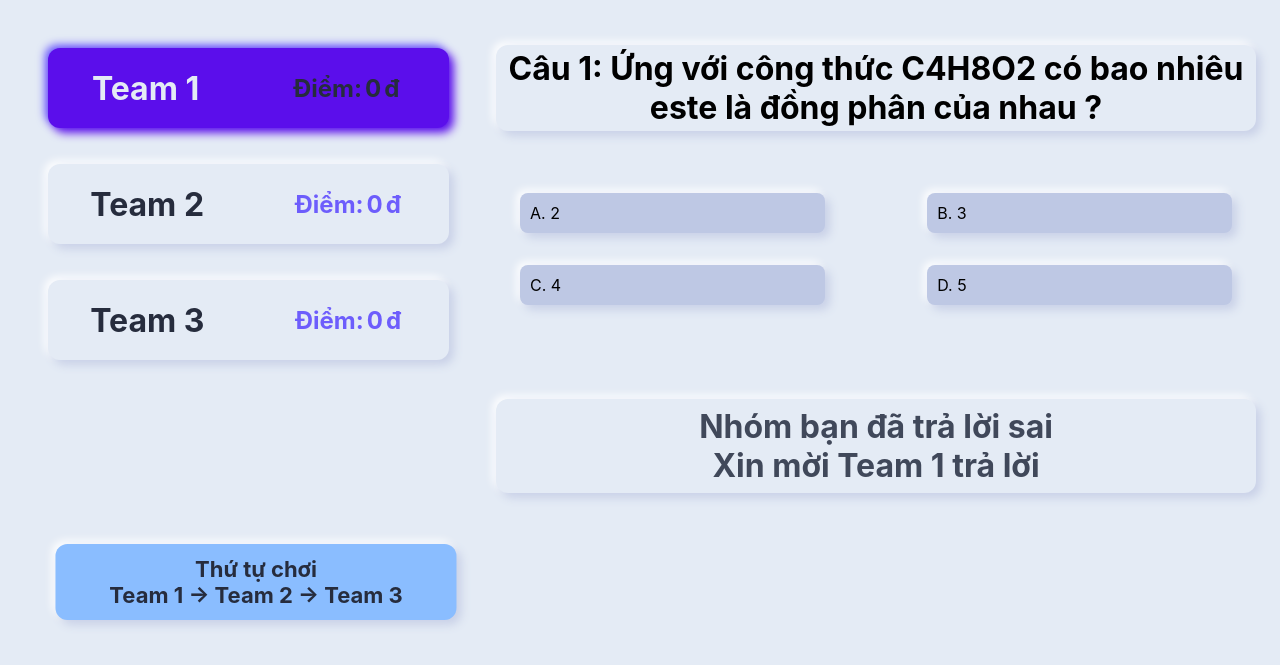
Repository: tinh2044/quzzi_game
Page: /
An editor plug-in stored every save of this project. The page is shown before and after the next save, followed by the edit.
The browser window is 1280 px wide. The pictures show the whole page.
The project was rebuilt for these pictures with package versions that can differ from the ones it lists, and the page was loaded fresh each time.

Above is the page before, as saved 2022-12-15 08:39:08.

### src/index.js
import React from 'react';
import ReactDOM from 'react-dom/client';
import './index.css';
import App from './App';
import reportWebVitals from './reportWebVitals';

const root = ReactDOM.createRoot(document.getElementById('root'));
root.render(
  // <React.StrictMode>
  <App />,
  {/* </React.StrictMode> */ }
);

// If you want to start measuring performance in your app, pass a function
// to log results (for example: reportWebVitals(console.log))
// or send to an analytics endpoint. Learn more: https://bit.ly/CRA-vitals
reportWebVitals();

### src/App.css
:root {
    --primary-light: #8abdff;
    --primary: #6d5dfc;
    --primary-dark: #5b0eeb;
    --white: #ffffff;
    --greyLight-1: #e4ebf5;
    --greyLight-2: #c8d0e7;
    --greyLight-3: #bec8e4;
    --greyDark: #9baacf;
    --cl-text: #262c3d;
}
#root {
    height: 100%;
}

body {
    overflow: hidden;
    height: 100vh;
    user-select: none;
}
.App {
    height: 100%;
}
.home {
    position: relative;
    width: 100%;
    height: 100%;
    background: var(--greyLight-1);
    display: flex;
    box-shadow: 0.8rem 0.8rem 1.4rem var(--greyLight-2), -0.2rem -0.2rem 1.8rem var(--white);
}

.team {
    width: 35%;
    height: 100%;
    position: relative;
    padding: 0 12px;
    animation: FadeToLeft 0.8s linear;
}

.team_item {
    position: absolute;
    top: 12px;
    height: 80px;
    width: 85%;
    display: flex;
    align-items: center;
    justify-content: space-around;
    margin: 36px;
    transition: all 0.8s linear;
    border-radius: 12px;
    box-shadow: 0.3rem 0.3rem 0.6rem var(--greyLight-2), -0.2rem -0.2rem 0.5rem var(--white);
    background: #ffffff00;
    color: var(--cl-text);
}
.team_item:nth-child(2) {
    animation-duration: 1.5s;
}
.team_item:nth-child(3) {
    animation-duration: 2.5s;
}
.point {
    display: flex;
    align-items: center;
    color: var(--primary);
    font-weight: bold;
    font-size: 24px;
    margin: 0 3px;
}
.number,
.team_item p {
    margin: 0 3px;
}
.order-team {
    position: absolute;
    left: 50%;
    transform: translateX(-45%);
    bottom: 100px;
    width: 85%;
    padding: 12px 0;
    border-radius: 12px;
    box-shadow: 0.3rem 0.3rem 0.6rem var(--greyLight-2), -0.2rem -0.2rem 0.5rem var(--white);
    background: var(--primary-light);
    font-size: 22px;
    font-weight: bold;
    color: var(--cl-text);
    display: flex;
    flex-direction: column;
    align-items: center;
    justify-content: center;
}
.order-team p {
    margin: 0;
}
.active {
    background: var(--primary-dark);
    color: var(--greyLight-1);
    box-shadow: 0.3rem 0.3rem 0.6rem var(--primary-dark), -0.2rem -0.2rem 0.5rem var(--primary);
}
.active .point,
.active .number {
    color: var(--cl-text);
}
.question {
    width: 50%;
    flex: 1;
    padding: 24px;
}
.question h1 {
    box-shadow: 0.3rem 0.3rem 0.6rem var(--greyLight-2), -0.2rem -0.2rem 0.5rem var(--white);
    border-radius: 12px;
    padding: 4px;
    text-align: center;
    animation: FadeToTop 3s cubic-bezier(0.075, 0.82, 0.165, 1);
}

.answer {
    display: flex;
    flex-wrap: wrap;
    justify-content: space-between;
    padding: 24px;
}
.answer-item {
    width: 40%;
    background: var(--greyLight-3);
    padding: 10px;
    border-radius: 8px;
    transition: background 0.3s linear, opacity 1s ease-out, transform 0.3s linear;
    cursor: pointer;

    box-shadow: 0.3rem 0.3rem 0.6rem var(--greyLight-2), -0.2rem -0.2rem 0.5rem var(--white);
}
.answer-item:hover {
    background: var(--primary-light);
    transform: scale(1.1);
}

.A,
.C {
    animation: FadeToLeft 1s cubic-bezier(0.25, 0.46, 0.45, 0.94);
}

.B,
.D {
    animation: FadeToRight 1s cubic-bezier(0.25, 0.46, 0.45, 0.94);
}
.C,
.D {
    animation-duration: 1.8s;
}

.incorrect {
    background-color: #f44336 !important;
    opacity: 0;
    transition: background 0.3s linear, opacity 1s ease-out, transform 0.8s linear;
    transform: scale(0) !important;
}
.correct {
    background-color: #4caf50 !important;
    transform: scale(1.15);
}
.correct:hover {
    transform: scale(1.15);
}

.note {
    min-height: 36px;
    margin-top: 54px;
    animation: FadeToBottom 4s cubic-bezier(0.075, 0.82, 0.165, 1);
    background: var(--greyLight-1);
    box-shadow: 0.3rem 0.3rem 0.6rem var(--greyLight-2), -0.2rem -0.2rem 0.5rem var(--white);
    padding: 8px;
    border-radius: 12px;
    position: relative;
}

.note p {
    margin: 0;
    font-size: 32px;
    font-weight: bold;
    color: #40485a;
    text-align: center;
}

.overlay {
    width: 100%;
    height: 100%;
    display: flex;
    align-items: center;
    justify-content: center;
}

.sort-team {
    width: 50%;
    height: 40%;
    display: flex;
    flex-direction: column;
    align-items: center;
    background-color: var(--greyLight-1);
    border-radius: 1rem;
    box-shadow: 0.3rem 0.3rem 0.6rem var(--greyLight-2), -0.2rem -0.2rem 0.5rem var(--greyLight-2);
    padding: 12px;
    padding-top: 36px;
    animation: Scale 2s cubic-bezier(0.19, 1, 0.22, 1);
}
.sort-team label {
    width: 80%;
    box-shadow: 0.3rem 0.3rem 0.6rem var(--greyLight-2), -0.2rem -0.2rem 0.5rem var(--greyLight-2);
    padding: 8px;
    font-size: 24px;
    font-weight: bold;
    color: var(--cl-text);
    border-radius: 8px;
    text-align: center;
    cursor: pointer;
}

.sort-team #input {
    height: 42px;
    width: 85%;
    margin: 24px;
    border: none;
    border-radius: 16px;
    font-size: 1.3rem;
    padding-left: 12px;
    box-shadow: inset 0.2rem 0.2rem 0.5rem var(--greyLight-2), inset -0.2rem -0.2rem 0.5rem var(--white);
    color: var(--greyDark);
}
input:focus {
    border: none;
    outline: none;
}

.button-submit {
    width: 35%;
    display: flex;
    align-items: center;
    justify-content: center;
    border-radius: 1rem;
    font-size: 1.5rem;
    padding: 8px 4px;
    color: var(--cl-text);
    font-weight: bold;
    box-shadow: 0.3rem 0.3rem 0.6rem var(--greyLight-2), -0.2rem -0.2rem 0.5rem var(--greyLight-2);
    transition: all 0.3s cubic-bezier(0.47, 0, 0.745, 0.715);
    cursor: pointer;
}
.button-submit:hover {
    transform: scale(1.2);
    box-shadow: 0.3rem 0.3rem 0.6rem var(--greyDark), -0.2rem -0.2rem 0.5rem var(--greyDark);
}
@keyframes FadeToTop {
    0% {
        transform: translateY(-42px);
        opacity: 0;
    }
    100% {
        transform: translateY(0px);
        opacity: 1;
    }
}
@keyframes FadeToBottom {
    0% {
        transform: translateY(100px);
        opacity: 0;
    }
    100% {
        transform: translateY(0px);
        opacity: 1;
    }
}
@keyframes FadeToLeft {
    0% {
        transform: translateX(-100px);
        opacity: 0;
    }
    100% {
        transform: translateY(0px);
        opacity: 1;
    }
}
@keyframes FadeToRight {
    0% {
        transform: translateX(100px);
        opacity: 0;
    }
    100% {
        transform: translateY(0px);
        opacity: 1;
    }
}
@keyframes Scale {
    0% {
        transform: scale(0.3);
        opacity: 0;
    }
    100% {
        transform: scale(1);
        opacity: 1;
    }
}

### src/components/Home.jsx
import React, { useCallback, useLayoutEffect, useState } from 'react'

import Question from './Question'
import Team from './Team'
import SortTeam from './SortTeam'

import listQuestion from '../data'
import { listTeam } from '../data'


import "../App.css"
function Home() {
  const [newListTeam, setNewListTeam] = useState(listTeam)
  const [activeTeam, setActiveTeam] = useState(1);
  const [crrQuestion, setCrrQuestion] = useState(listQuestion[0])
  const [correct, setCorrect] = useState(false)
  const [showTeam, setShowTeam] = useState(true)
  // const [showWheel, setShowWheel] = useState(false)
  const handleNextQuestion = useCallback((e) => {

    if (e.keyCode === 13 && correct) {
      setActiveTeam((prev) => prev < 3 ? prev + 1 : 1)
      setCorrect(false)
      setCrrQuestion((prev) => {
        const crrIndex = listQuestion.indexOf(prev)
        if (crrIndex < listQuestion.length - 1) {
          return listQuestion[crrIndex + 1]
        }
        else return listQuestion[0]
      })
    }
  }, [correct])


  useLayoutEffect(() => {
    window.addEventListener("keyup", handleNextQuestion)

  }, [handleNextQuestion])

  return (
    <div className="home">
      {
        showTeam ? <Team listTeam={newListTeam} activeTeam={activeTeam} correct={correct} />
          : <SortTeam setShowTeam={setShowTeam} setTeam={setNewListTeam} team={newListTeam} />
      }

      <Question
        question={crrQuestion}
        setQuestion={setCrrQuestion}
        lengthListQuestion={listQuestion.length}
        setActiveTeam={setActiveTeam}
        setNewListTeam={setNewListTeam}
        activeTeam={activeTeam}
        setCorrect={setCorrect}
        correct={correct}
        listTeam={newListTeam}
        showTeam={showTeam}
      />



    </div>
  )
}

export default Home

### src/components/Question.jsx
import React, { useEffect, useLayoutEffect, useState } from 'react'
import listQuestion, { listPoints } from '../data'
import '../App.css'
import Notification from './Notification'
import AnswerItem from './AnswerItem'
function Question({ question, setQuestion, setActiveTeam, setNewListTeam, activeTeam, setCorrect, correct, listTeam, showTeam }) {
  const [checkAnswer, setCheckAnswer] = useState([NaN, NaN, NaN, NaN])
  const [points, setPoints] = useState(listPoints[Math.floor(Math.random() * listPoints.length)])
  const [showNote, setShowNote] = useState(false)
  const [showQuestion, setShowQuestion] = useState(false)
  const handleAnswer = (answer, index) => {
    if (question.correct.includes(answer)) {
      setCorrect(true)

      setShowNote(false)
      setTimeout(() => {

        setShowNote(true)
      }, 1);
      setNewListTeam((prev) => {
        let crrTeam = prev[activeTeam - 1];
        crrTeam = {
          ...crrTeam,
          points: crrTeam.points + points
        }
        // console.log(crr)
        const newListTeam = prev.map(item => item.id !== crrTeam.id ? item : crrTeam);
        const listPointOfTeam = newListTeam.map(item => {
          return {
            point: item.points,
            id: item.id
          }
        }).sort((a, b) => b.point - a.point);
        const listRankOfTeam = listPointOfTeam.map(item => item.id)
        return newListTeam.map(team => {
          return {
            ...team,
            rank: listRankOfTeam.indexOf(team.id) + 1


          }
        })
      })
      setCheckAnswer((prev) => prev.map((item, indexPrev) => indexPrev === index ? true : false))


    } else {

      setCorrect(false)

      setShowNote(false)

      setTimeout(() => {

        setShowNote(true)
      }, 1);

      let check = checkAnswer
      check[index] = false


      setActiveTeam((prev) => prev < 3 ? prev + 1 : 1)


      setCheckAnswer((prev) => prev.map((item, indexPrev) => indexPrev === index ? false : item))
    }

  }
  useEffect(() => {
    if (checkAnswer.filter(item => isNaN(item)).length === 1) {
      setTimeout(() => {
        setQuestion((prev) => {
          const crrIndex = listQuestion.indexOf(prev)
          if (crrIndex < listQuestion.length - 1) {
            return listQuestion[crrIndex + 1]
          }
          else return listQuestion[0]
        })
      }, 1000)

    }

  }, [checkAnswer, setQuestion])

  useLayoutEffect(() => {

    setCorrect(false)

    setTimeout(() => {

      setShowNote(true)
      setShowQuestion(true)
    }, 1);
    setCheckAnswer([NaN, NaN, NaN, NaN])
    setPoints(listPoints[Math.floor(Math.random() * listPoints.length)])
    return () => {
      setShowNote(false)
      setShowQuestion(false)

    }
  }, [question, setCorrect])
  return (
    showTeam && (
      <div className="question">
        {showQuestion && (
          <h1 style={{

          }}>{`Câu ${question.id}: ${question.nameQuestion}`}</h1>
        )}
        <div className='answer'>
          {Object.keys(question.answer).map((data, index) => (
            <AnswerItem key={data} data={data} question={question} handleAnswer={handleAnswer} index={index} checkAnswer={checkAnswer} />
          ))}
        </div>


        {
          showNote === true && <Notification activeTeam={activeTeam} correct={correct} listTeam={listTeam} points={points} showTeam={showTeam} />
        }

      </div>)

  )
}

export default Question

### src/components/Team.jsx
import React from 'react'


import "../App.css"
import TeamItem from './TeamItem'

function Team({ listTeam, activeTeam, correct }) {
  const orderTeam = listTeam.map(item => item.name).join(" -> ")

  return (
    <div className='team'>
      {listTeam.map(item => (
        <TeamItem key={item.id} team={item} activeTeam={activeTeam} correct={correct} />
      ))}
      <div className='order-team'>
        <p >Thứ tự chơi</p>
        {orderTeam}
      </div>
    </div>
  )
}

export default Team

### src/data/index.js
const listQuestion = [
    {
        id: 1,
        nameQuestion: 'Ứng với công thức C4H8O2 có bao nhiêu este là đồng phân của nhau ?',
        answer: {
            A: "2",
            B: "3",
            C: "4",
            D: "5"
        },
        correct: "C",
    },
    {
        id: 2,
        nameQuestion: 'Este có mùi dứa là?',
        answer: {
            A: "isoamyl axetat",
            B: "etyl butirat",
            C: "etyl axetat",
            D: "geranyl axctat"
        },
        correct: "B",
    },
    {
        id: 3,
        nameQuestion: 'Este nào sau đây khi phản ứng với dung dịch NaOH dư, đun nóng không tạo ra hai muối?',
        answer: {
            A: "C6H5COOC6H5 (phenyl benzoat)",
            B: "CH3COO-[CH2]2-OOCCH2CH3",
            C: "CH3OOC-COOCH",
            D: "CH3COOC6H5 (phenyl axetat)"
        },
        correct: "C",
    },
    {
        id: 4,
        nameQuestion: 'Đun nóng este HCOOCH3 với một lượng vừa đủ dung dịch NaOH, sản phẩm thu được là?',
        answer: {
            A: "CH3COONa và C2H5OH",
            B: "HCOONa và CH3OH",
            C: "HCOONa và C2H5OH",
            D: "CH3COONa và CH3OH"
        },
        correct: "B",
    },
    {
        id: 5,
        nameQuestion: 'Este X chứa vòng benzen có công thức phân từ là C8H8C2. số công thức cấu tạo của X là ',
        answer: {
            A: "3",
            B: "4",
            C: "5",
            D: "6"
        },
        correct: "D",
    },
    {
        id: 6,
        nameQuestion: 'Xà phòng hoá chất nào sau đây thu được glixerol?',
        answer: {
            A: "tristearin",
            B: "metyl axetat",
            C: "metyl fomat",
            D: "benzyl axetat"
        },
        correct: "A",
    },
    {
        id: 7,
        nameQuestion: 'Chất nào sau đây có phân tử khối lớn nhất ?',
        answer: {
            A: "triolein ",
            B: "tripanmitin ",
            C: " tristearin",
            D: "trilinolein"
        },
        correct: "B",
    },
    {
        id: 8,
        nameQuestion: 'Nước ta nằm ở vị trí: ?',
        answer: {
            A: "rìa phía Đông của bán đảo Đông Dương ",
            B: "rìa phía Tây của bán đảo Đông Dương ",
            C: "trung tâm châu Á",
            D: "phía đông Đông Nam Á"
        },
        correct: "A",
    }, {
        id: 9,
        nameQuestion: 'Nằm ở rìa phía Đông của bán đảo Đông Dương là nước: ?',
        answer: {
            A: "Lào ",
            B: "Campuchia ",
            C: "Việt Nam",
            D: "Mi-an-ma"
        },
        correct: "C",
    }, {
        id: 10,
        nameQuestion: 'Điểm cực Bắc của nước ta là xã Lũng Cú thuộc tỉnh: ?',
        answer: {
            A: "Cao Bằng ",
            B: " Hà Giang ",
            C: "Yên Bái",
            D: "Lạng Sơn"
        },
        correct: "B",
    }, {
        id: 11,
        nameQuestion: 'Điểm cực Đông của nước ta là xã Vạn Thạnh thuộc tỉnh: ?',
        answer: {
            A: " Ninh Thuận ",
            B: " Khánh Hòa ",
            C: " Đà Nẵng",
            D: "Phú Yên"
        },
        correct: "B",
    }, {
        id: 12,
        nameQuestion: 'Ở tỉnh Khánh Hòa có một đặc điểm tự nhiên rất đặc biệt là: ?',
        answer: {
            A: "Là tỉnh duy nhất có nhiều đảo ",
            B: "Là tỉnh có điểm cực Đông nước ta ",
            C: "Là tỉnh có nhiều hải sản nhất",
            D: "Là tỉnh có nhiều than nhất"
        },
        correct: "B",
    },
    {
        id: 13,
        nameQuestion: 'Đặc điểm nào sau đây không đúng với lãnh thổ nước ta ?',
        answer: {
            A: "Nằm hoàn toàn trong vùng nhiệt đới nửa cầu Bắc ",
            B: "Nằm trọn trong múi giờ số 8 ",
            C: "Nằm trong vùng có khí hậu nhiệt đới ẩm gió mùa",
            D: "Nằm trong vùng chịu ảnh hưởng của gió Mậu dịch "
        },
        correct: "B",
    },

]

export const listTeam = [{
    name: "Team 1",
    points: 0,
    rank: 1,
    id: 1,
}, {
    name: "Team 2",
    points: 0,
    rank: 2,
    id: 2,
}, {
    name: "Team 3",
    points: 0,
    rank: 3,
    id: 3,
}]
export const listPoints = [10, 5, 20, -5, 15, 10, 5, 20, -5, 15, 10, 5, 20, -5, 15, 10, 5, 20, -5, 15, 10, 5, 20, -5, 15, 10, 5, 20, -5, 15, 10, 5, 20, -5, 15, 10, 5, 20, -5, 15]


export default listQuestion

### src/components/Notification.jsx
import React from 'react'

import '../App.css'

function Notification({ correct, points, activeTeam, listTeam, showTeam }) {
  return (

    showTeam && (
      <div className='note' >
        <p>
          {
            correct === true ? `Với câu này nhóm các bạn được ${points < 0 ? "trừ" : "cộng"} ${Math.abs(points)} điểm`
              : correct === false ? (
                <span >
                  Nhóm bạn đã trả lời sai
                  <p>{`Xin mời ${listTeam[activeTeam - 1].name} trả lời`}</p>
                </span>
              )
                : `Đến lượt của ${activeTeam <= 3 ? listTeam[activeTeam - 1].name : listTeam[0].name}`
          }
        </p>
      </div>

    )
  )


}

export default Notification

### src/components/AnswerItem.jsx
import React, { useEffect, useState } from 'react'

function AnswerItem({ data, question, handleAnswer, index, checkAnswer }) {
    const [showAnswer, setShowAnswer] = useState(false)

    useEffect(() => {
        setShowAnswer(false)
        setTimeout(() => {
            setShowAnswer(true)

        }, 1);
    }, [question])
    return (
        showAnswer &&
        (<p
            onClick={() => handleAnswer(data, index)}
            className={`answer-item ${showAnswer ? data : ""} ${checkAnswer[index] === false ? "incorrect" : checkAnswer[index] === true ? "correct" : ""}`}>
            {`${data}. ${question.answer[data]}`}
        </p>)
    )
}

export default AnswerItem

### src/components/TeamItem.jsx
import React, { useEffect, useState } from 'react'
import CountUp from "react-countup"

function TeamItem({ team, activeTeam, correct }) {
    const [showTeam, setShowTeam] = useState(false)
    const [crrPoint, setCrrPoint] = useState(0)
    useEffect(() => {
        setTimeout(() => {
            setShowTeam(true)
        }, 300 * team.id);
    }, [team])
    return (
        <div key={team.id} className={`team_item ${team.id === activeTeam ? "active" : ""}`} style={{ transform: `translate(${!showTeam ? -500 : 0}px,${116 * (team.rank - 1)}px)` }}>
            <h1>{team.name}</h1>
            <div className='point'>
                <p>Điểm: </p>
                {
                    crrPoint !== team.points ? <CountUp separator='' className='number' end={team.points} start={crrPoint} duration={1.5} onEnd={() => setCrrPoint(team.points)} />
                        : crrPoint
                }
                <p>đ</p>
            </div>
        </div>
    )
}

export default TeamItem

### src/components/SortTeam.jsx
import React, { useState } from 'react'

import "../App.css"

function SortTeam({ setShowTeam, setTeam, team }) {
    const [valueInput, setValueInput] = useState("")
    const handleClick = (event) => {
        event.preventDefault();
        setValueInput((event.target.value.length < 4) ? event.target.value : valueInput)
    }
    const handleShowTeam = (event) => {
        const orderTeam = valueInput.split("").map(value => parseInt(value))
        const newTeam = orderTeam.map((value, index) => {
            const crrTeam = team.find(item => item.id === value)

            return {
                ...crrTeam,
                id: index + 1,
                rank: index + 1,

            }
        })


        setTeam(newTeam);
        setShowTeam(true)
    }
    return (
        <div className='overlay'>
            <div className='sort-team'>
                <label htmlFor='input' >
                    Nhập thứ tự chơi
                </label>

                <input id="input" placeholder='Nhập thứ tự chơi' value={valueInput} onChange={handleClick} />
                <div className='button-submit' onClick={handleShowTeam}>
                    Tiếp
                </div>
            </div>
        </div>
    )
}

export default SortTeam

Loaded but not shown: public/index.html (common file); src/index.css (common file); src/App.js (common file); src/reportWebVitals.js (common file)

After the next save:
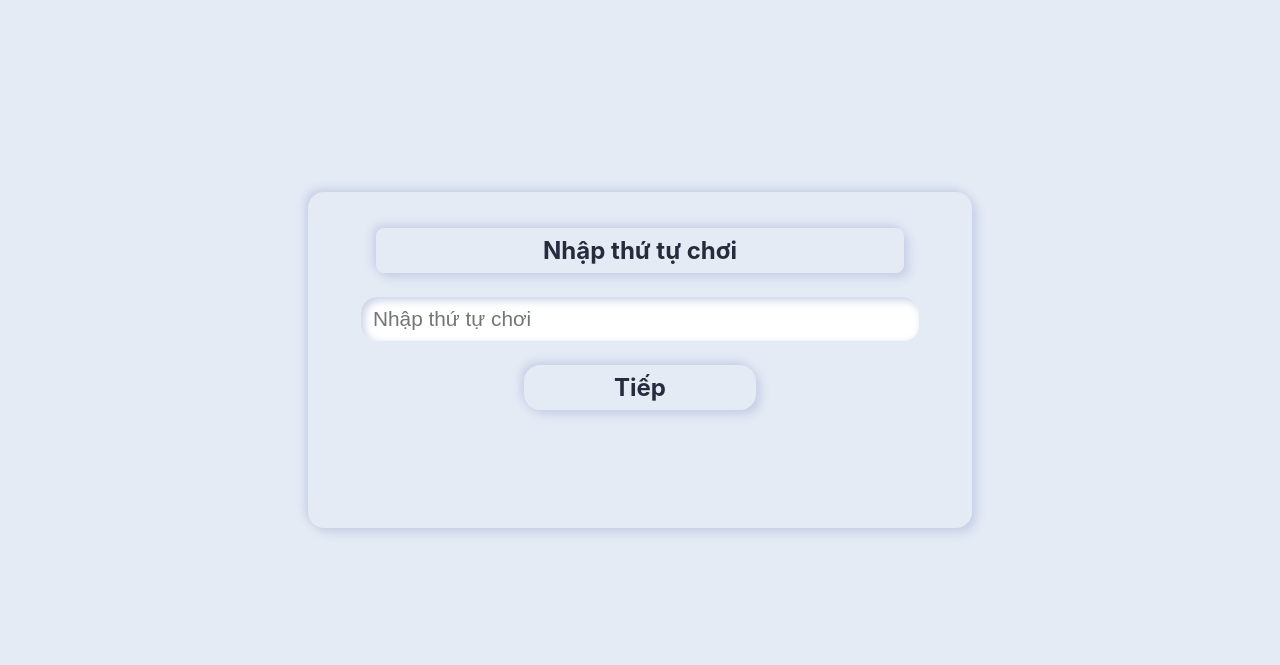
Saved 27 s later.
--- a/src/components/Home.jsx
+++ b/src/components/Home.jsx
@@ -14,7 +14,7 @@ function Home() {
   const [activeTeam, setActiveTeam] = useState(1);
   const [crrQuestion, setCrrQuestion] = useState(listQuestion[0])
   const [correct, setCorrect] = useState(false)
-  const [showTeam, setShowTeam] = useState(true)
+  const [showTeam, setShowTeam] = useState(false)
   // const [showWheel, setShowWheel] = useState(false)
   const handleNextQuestion = useCallback((e) => {
 
